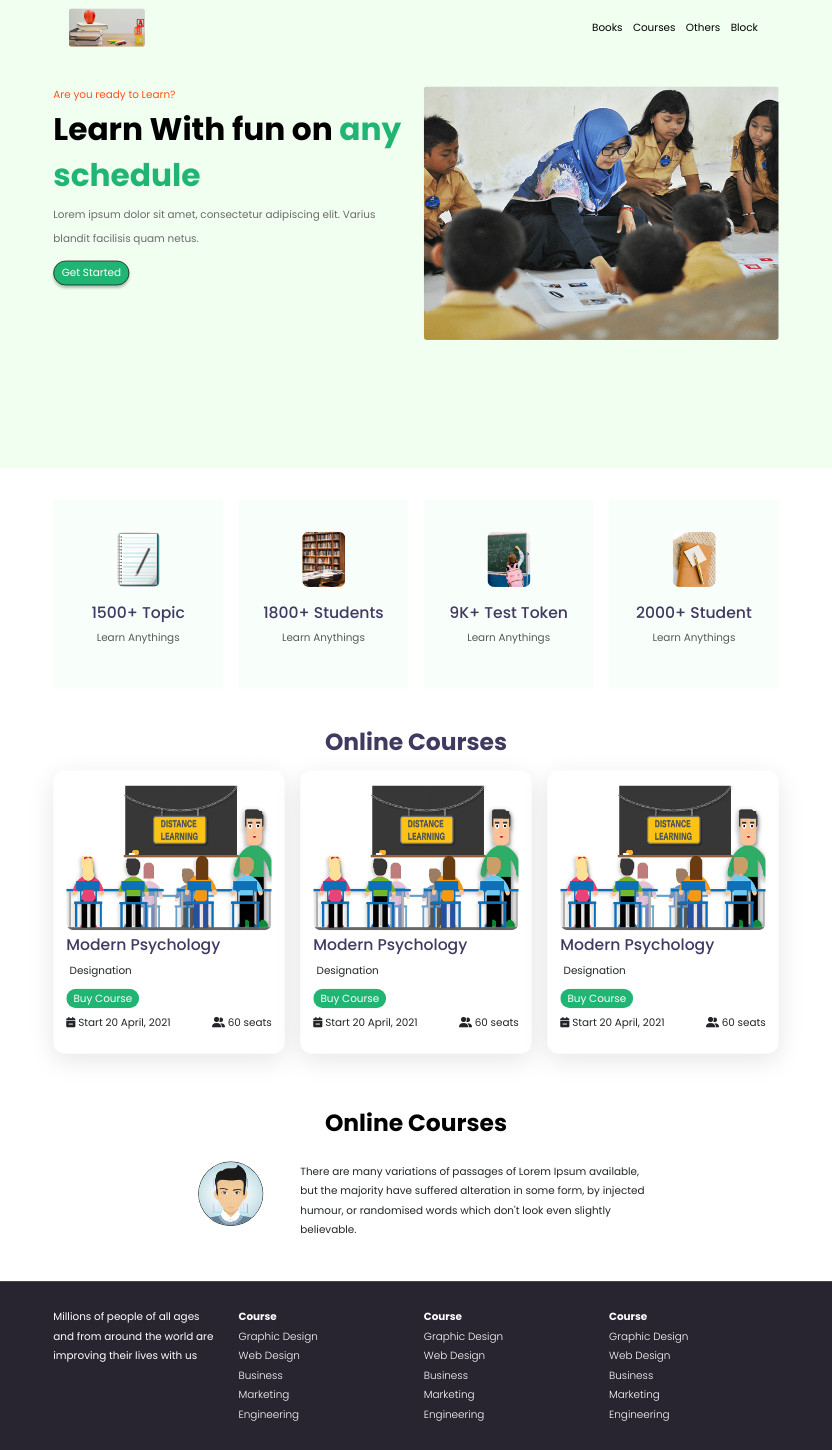
Repository: zjria/Figma-to-E-school
Page: index.html
The author's editor kept a copy of each file at every save. The page is drawn from the files as they stood at one save, then again after the next save.
The browser window is 1280 px wide. The pictures show the whole page, at 65% of full size.
Some web libraries are served in a nearby version.

Above is the page before, as saved 2022-05-07 09:17:14.

After the next save:
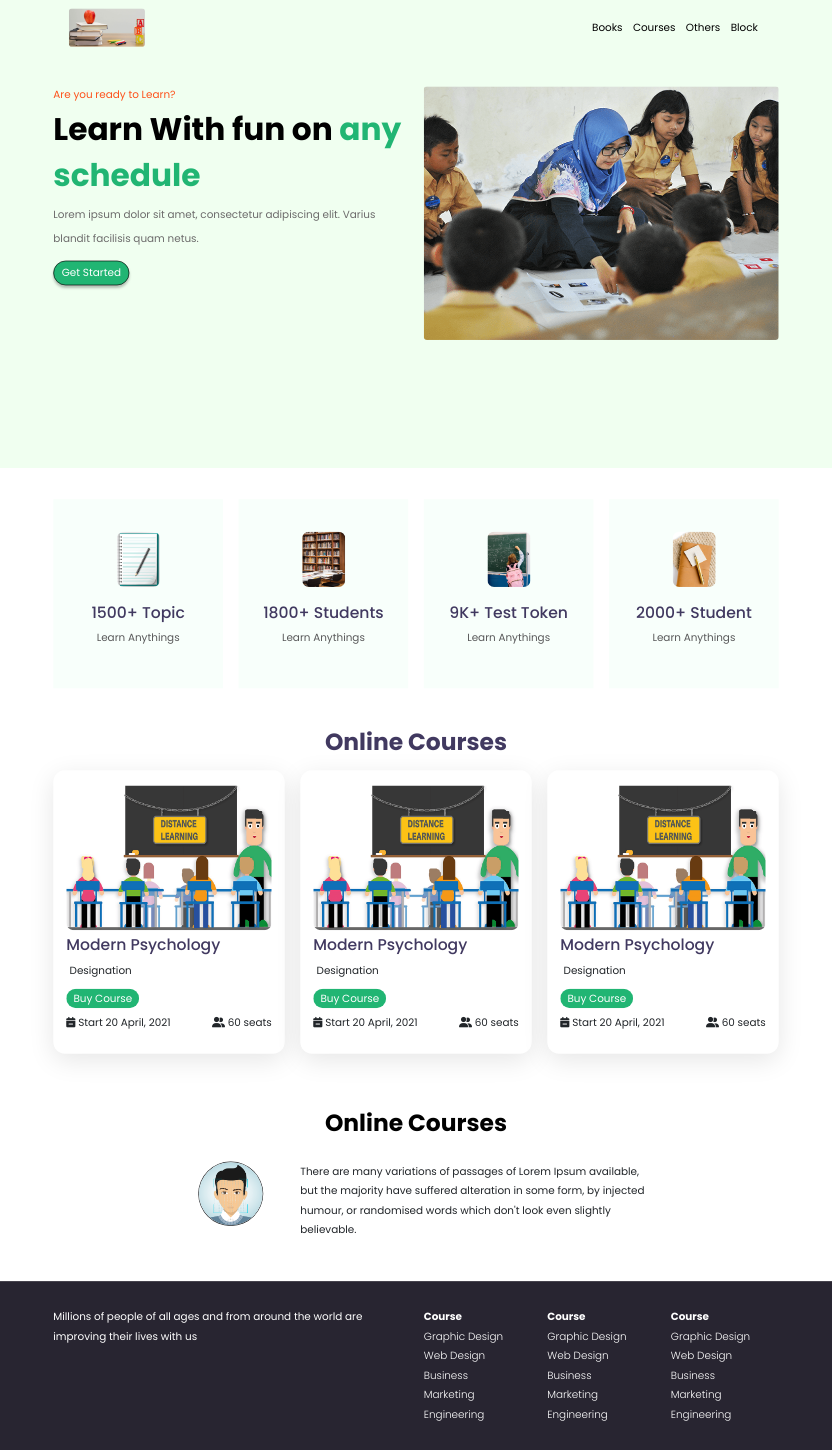
Saved 89 s later.
--- a/index.html
+++ b/index.html
@@ -180,13 +180,13 @@
     <footer class="footer-section">
       <div class="container">
         <div class="row">
-          <div class="col-md-3">
+          <div class="col-md-6">
             <div class="content">
               <p>Millions of people of all ages and from around
                 the world are improving their lives with us</p>
             </div>
           </div>
-          <div class="col-md-3">
+          <div class="col-md-2">
             <div class="footer-course">
               <ul>
                 <li>Course</li>
@@ -198,7 +198,7 @@
               </ul>
             </div>
           </div>
-          <div class="col-md-3">
+          <div class="col-md-2">
             <div class="footer-course">
               <ul>
                 <li>Course</li>
@@ -210,7 +210,7 @@
               </ul>
             </div>
           </div>
-          <div class="col-md-3">
+          <div class="col-md-2">
             <div class="footer-course">
               <ul>
                 <li>Course</li>
